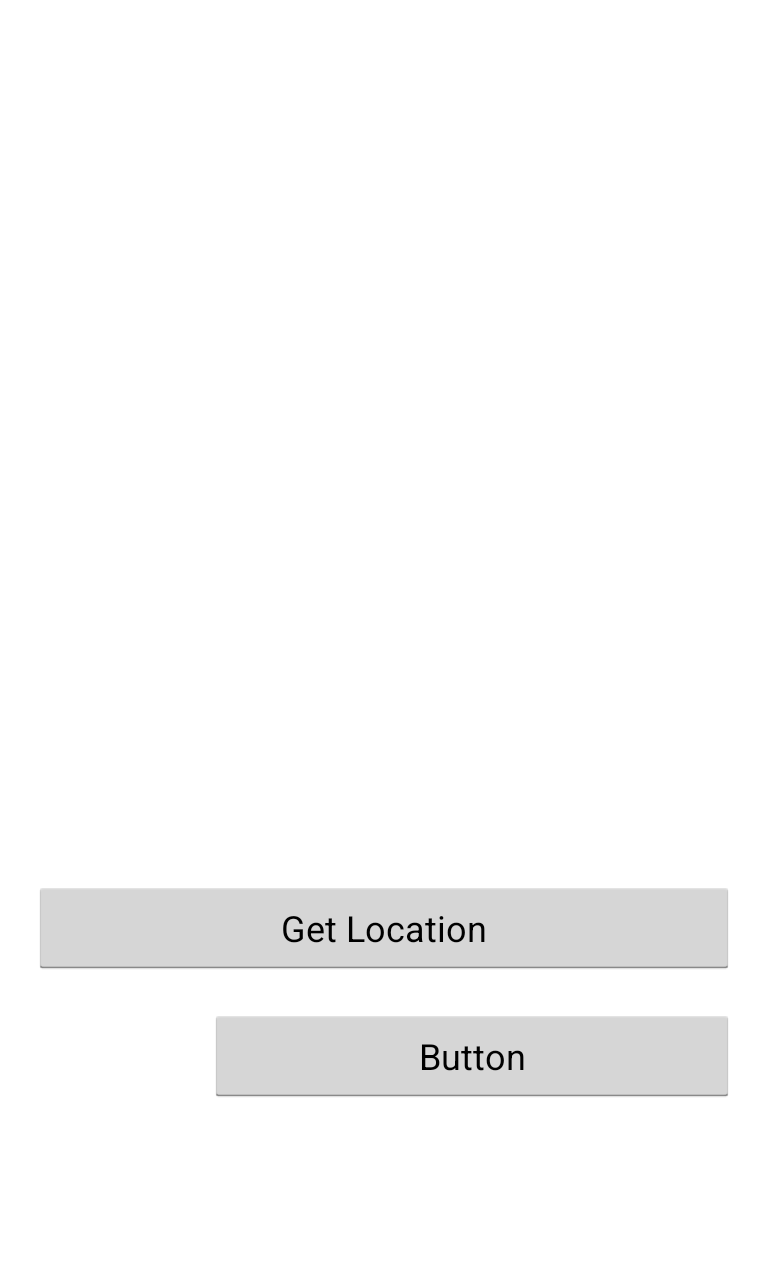
Repository: shajal16/water-Hackathon
Layout: hackathon/res/layout/activity_main.xml
The author's editor kept a copy of each file at every save. The layout is drawn from the files as they stood at one save, then again after the next save.
It is drawn on a 768 x 1280 px phone screen (xhdpi) without system bars, with theme AppTheme; the app's code is not run.

Above is the layout before, as saved 2014-02-14 06:18:32.

After the next save:
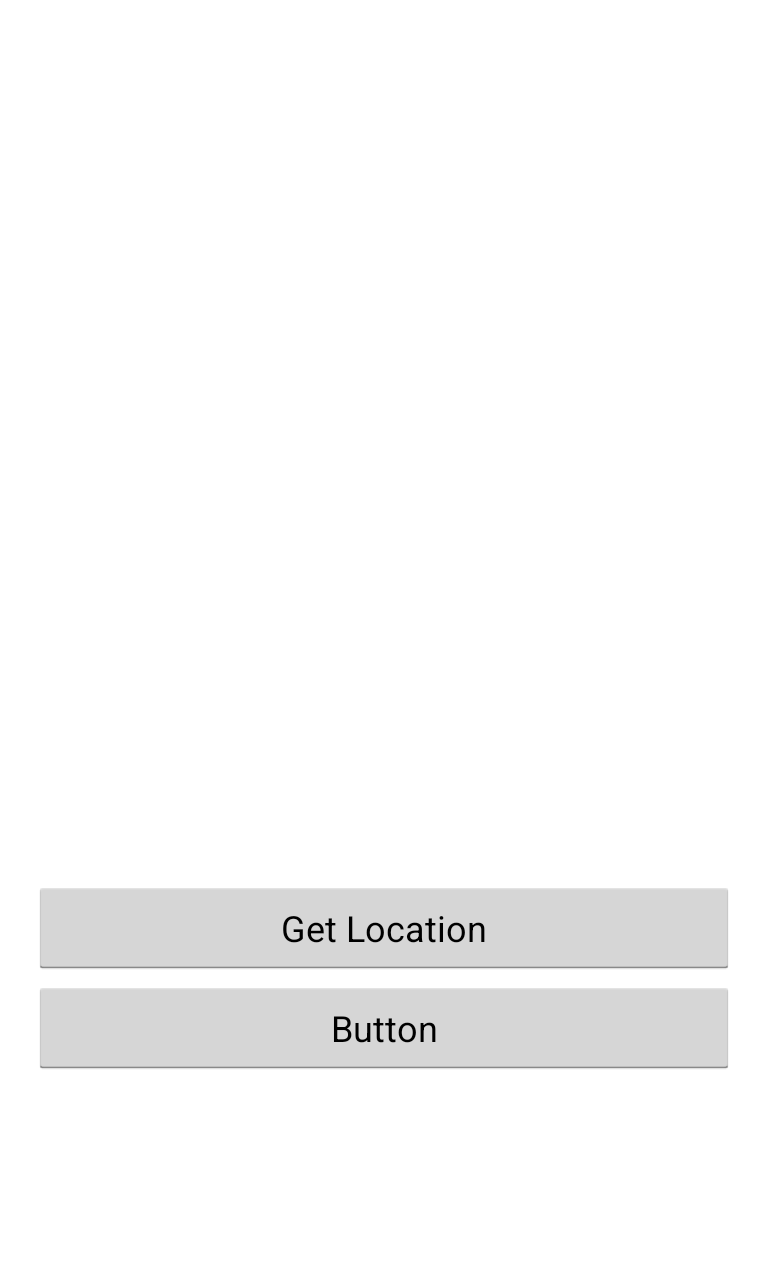
Saved 24 s later.
--- a/hackathon/res/layout/activity_main.xml
+++ b/hackathon/res/layout/activity_main.xml
@@ -13,7 +13,7 @@
      android:layout_width="fill_parent"
      android:layout_height="wrap_content"
      android:layout_alignParentBottom="true"
-     android:layout_centerHorizontal="true"
+     android:layout_alignParentLeft="true"
      android:layout_marginBottom="136dp"
      android:text="Get Location" />
 
@@ -21,10 +21,9 @@
      android:id="@+id/button2"
      android:layout_width="fill_parent"
      android:layout_height="wrap_content"
-     android:layout_alignLeft="@+id/button1"
-     android:layout_alignParentBottom="true"
-     android:layout_marginBottom="72dp"
-     android:layout_marginLeft="88dp"
+     android:layout_alignParentLeft="true"
+     android:layout_alignTop="@+id/button1"
+     android:layout_marginTop="50dp"
      android:text="Button" />
 
 </RelativeLayout>
